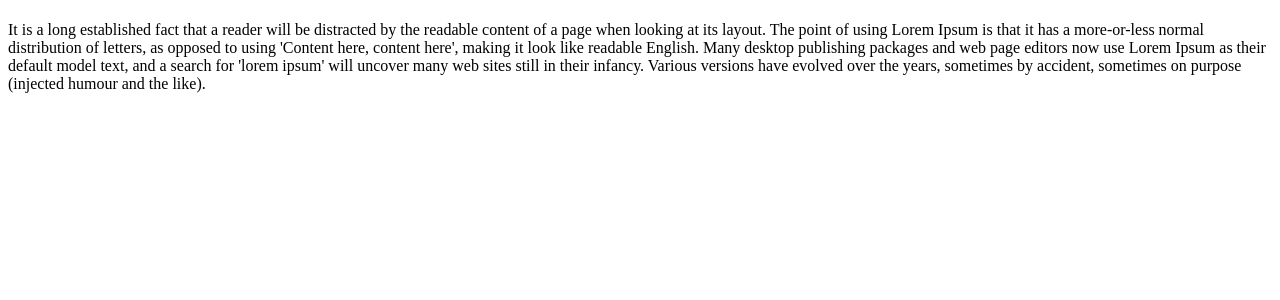
Repository: NicNeira/SpringToolsG1
Page: http://localhost/GenerationG1/WEB-INF/index.jsp
These files come from the project's save history. The page is drawn as it stood at one moment and after the next save; the edit follows.
The browser window is 1280 px wide. The pictures show the whole page.
The page is served by Tomcat 9. Nobody is signed in. Other server files are loaded and not shown. The template is opened directly, without the code that normally fills it, so the values that code supplies are empty.

Above is the page before, as saved 2022-06-13 19:19:32.

### GenerationG1/src/main/webapp/WEB-INF/index.jsp
<%@ page language="java" contentType="text/html; charset=UTF-8"
	pageEncoding="UTF-8"%>

<!--  La biblioteca de etiquetas estándar de JSP (JSTL)
	representa un conjunto de etiquetas para simplificar el
	desarrollo de JSP.  -->

<%@ taglib prefix="c" uri="http://java.sun.com/jsp/jstl/core"%>


<!DOCTYPE html>
<html>
<head>
<meta charset="UTF-8">
<title>Nicolas Neira</title>
</head>
<body>

	<h1 style="text-align: center">
		<c:out value="${nombres}"></c:out>
		<c:out value=" ${apellidos}"></c:out>
	</h1>
	<!-- $ = place holder -->
	<h2 style="text-align: center">
		<c:out value="${edad}"></c:out>
	</h2>
	<p>It is a long established fact that a reader will be distracted
		by the readable content of a page when looking at its layout. The
		point of using Lorem Ipsum is that it has a more-or-less normal
		distribution of letters, as opposed to using 'Content here, content
		here', making it look like readable English. Many desktop publishing
		packages and web page editors now use Lorem Ipsum as their default
		model text, and a search for 'lorem ipsum' will uncover many web sites
		still in their infancy. Various versions have evolved over the years,
		sometimes by accident, sometimes on purpose (injected humour and the
		like).</p>

	<p>
		<c:out value="${usuario.apellido}${usuario.edad}"></c:out>
	</p>
</body>
</html>

After the next save:
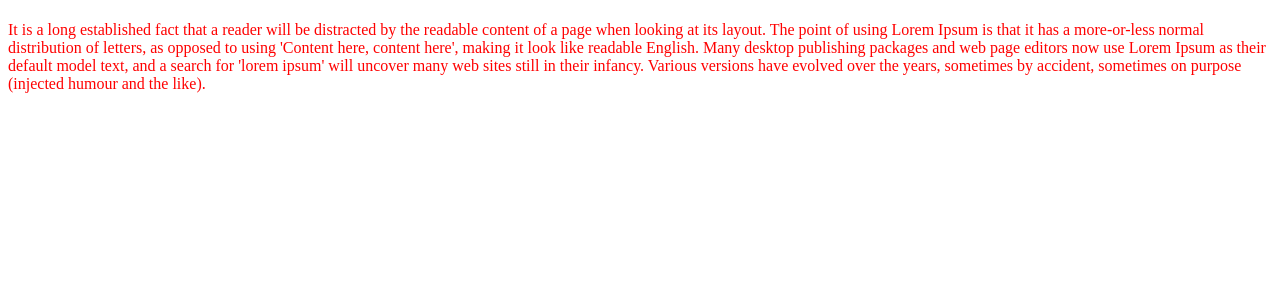
Saved 25 s later.
--- a/GenerationG1/src/main/webapp/WEB-INF/index.jsp
+++ b/GenerationG1/src/main/webapp/WEB-INF/index.jsp
@@ -24,7 +24,7 @@
 	<h2 style="text-align: center">
 		<c:out value="${edad}"></c:out>
 	</h2>
-	<p>It is a long established fact that a reader will be distracted
+	<p style="color:red">It is a long established fact that a reader will be distracted
 		by the readable content of a page when looking at its layout. The
 		point of using Lorem Ipsum is that it has a more-or-less normal
 		distribution of letters, as opposed to using 'Content here, content
